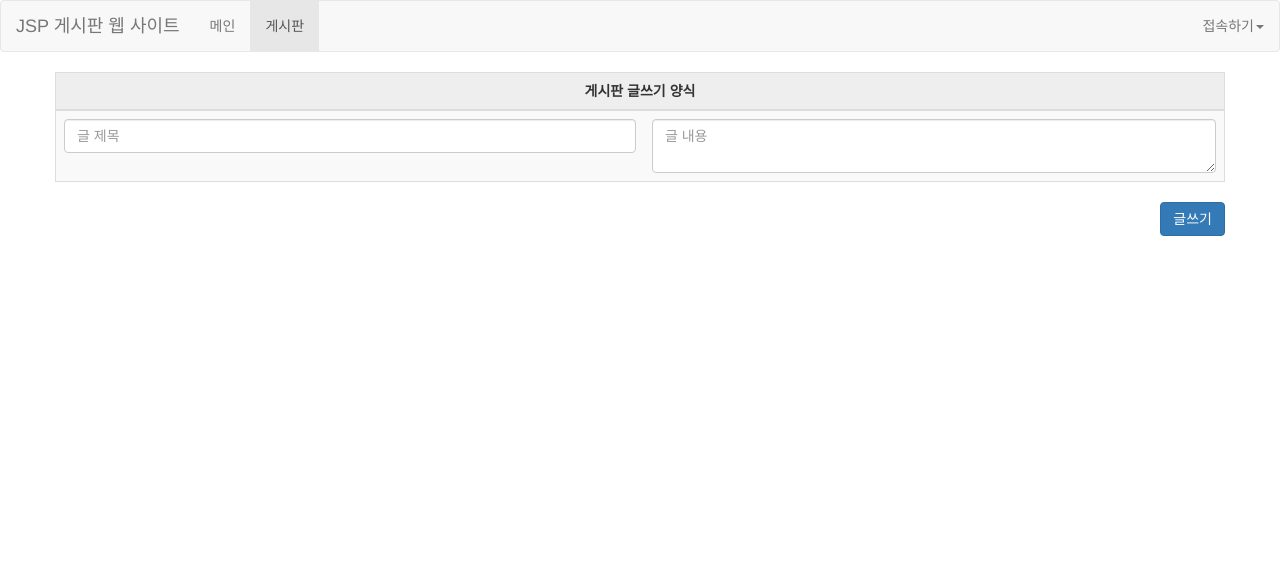
Repository: jsj961/bulletin-board-system
Page: http://localhost/BBS/write.jsp
The author's editor kept a copy of each file at every save. The page is drawn from the files as they stood at one save, then again after the next save.
The browser window is 1280 px wide. The pictures show the whole page.
Some web libraries are served in a nearby version. The page is served by Tomcat 9. Other server files are loaded and not shown.

Above is the page before, as saved 2021-07-01 05:09:57.

### BBS/src/main/webapp/write.jsp
<%@ page language="java" contentType="text/html; charset=UTF-8"
    pageEncoding="UTF-8"%>
<%@ page import="java.io.PrintWriter" %>
<!DOCTYPE html>
<html>
<head>
<meta charset="UTF-8">
<meta name="viewport" content="width=device-width", initial-scale="1">
<link rel="stylesheet" href="css/bootstrap.css">
<title>JSP 게시판 웹 사이트</title>
</head>
<body>
	<%
		String userID = null;
		if(session.getAttribute("userID") != null) {
			userID = (String) session.getAttribute("userID");
		}
	%>
	<nav class="navbar navbar-default">
		<div class="navbar-header">
			<button type="button" class="navbar-toggle collasped"
				data-toggle="collapse" data-target="#bs-example-navbar-collaspe-1"
				aria-expanded="false">
				<span class="icon-bar"></span>
				<span class="icon-bar"></span>
				<span class="icon-bar"></span>
			</button>
			<a class="navbar-brand" href="main.jsp">JSP 게시판 웹 사이트</a>
		</div>
		<div class="collapse navbar-collapse" id="bs-example-navbar-collapse-1">
			<ul class="nav navbar-nav">
				<li><a href="main.jsp">메인</a></li>
				<li class="active"><a href="bbs.jsp">게시판</a></li>
			</ul>
			<%
				if(userID == null) {
			%>
			<ul class="nav navbar-nav navbar-right">
				<li class="dropdown">
					<a href="#" class="dropdown-toggle"
					 	data-toggle="dropdown" role="button" aria-haspopup="true"
					 	aria-expanded="false">접속하기<span class="caret"></span></a>
				 	<ul class="dropdown-menu">
				 		<li><a href="login.jsp">로그인</a></li>
				 		<li><a href="join.jsp">회원가입</a></li>
				 	</ul>
				</li>
			</ul>
			<%
				} else {
			%>
			<ul class="nav navbar-nav navbar-right">
				<li class="dropdown">
					<a href="#" class="dropdown-toggle"
					 	data-toggle="dropdown" role="button" aria-haspopup="true"
					 	aria-expanded="false">회원관리<span class="caret"></span></a>
				 	<ul class="dropdown-menu">
				 		<li><a href="logoutAction.jsp">로그아웃</a></li>
				 	</ul>
				</li>
			</ul>
			<%
				}
			%>
		</div>
	</nav>
	<div class="container">
		<div class="row">
			<table class="table table-striped" style="text-align: center; border: 1px solid #dddddd">
				<thead>
					<tr>
						<th colspan="2" style="background-color: #eeeeee; text-align: center;">게시판 글쓰기 양식</th>
					</tr>
				</thead>
				<tbody>
					<tr>
						<td><input type="text" class="form-control" placeholder="글 제목" name="bbsTitle" maxlength="50"></td>
						<td><textarea type="text" class="form-control" placeholder="글 내용" name="bbsContent" maxlength="2048"></textarea></td>
					</tr>
				</tbody>
			</table>
			<a href="write.jsp" class="btn btn-primary pull-right">글쓰기</a>
		</div>
	</div>
	<script src="https://ajax.googleapis.com/ajax/libs/jquery/3.2.1/jquery.min.js"></script>
	<script src="js/bootstrap.js"></script>

</body>
</html>

Loaded but not shown: BBS/src/main/webapp/css/bootstrap.css (library); BBS/src/main/webapp/js/bootstrap.js (library)

After the next save:
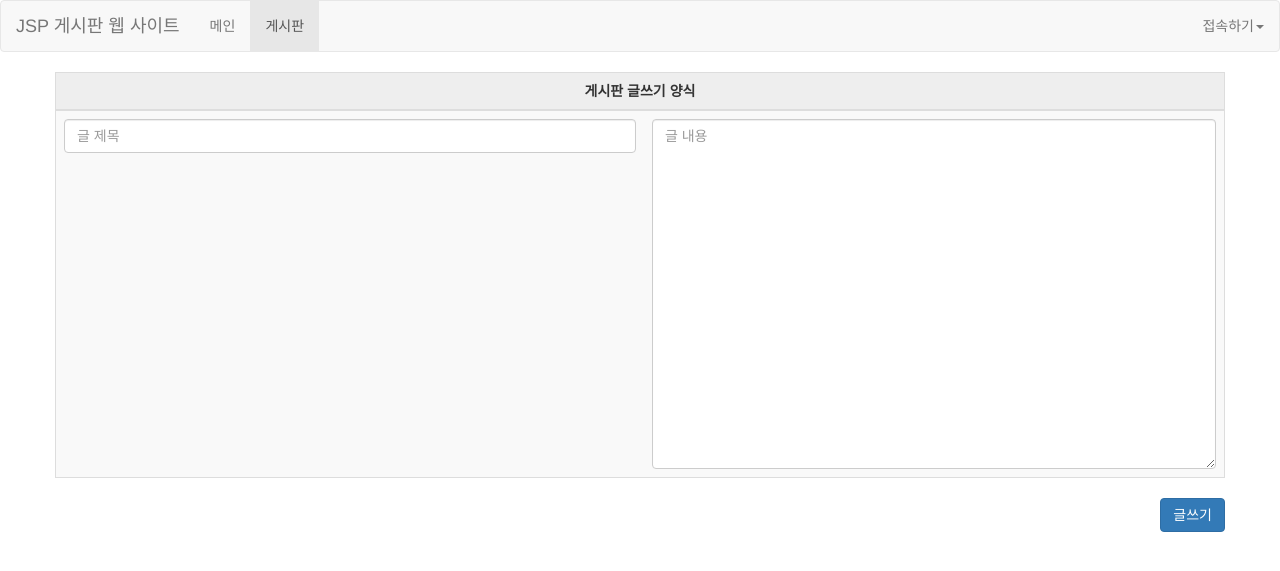
Saved 23 s later.
--- a/BBS/src/main/webapp/write.jsp
+++ b/BBS/src/main/webapp/write.jsp
@@ -75,7 +75,7 @@
 				<tbody>
 					<tr>
 						<td><input type="text" class="form-control" placeholder="글 제목" name="bbsTitle" maxlength="50"></td>
-						<td><textarea type="text" class="form-control" placeholder="글 내용" name="bbsContent" maxlength="2048"></textarea></td>
+						<td><textarea type="text" class="form-control" placeholder="글 내용" name="bbsContent" maxlength="2048" style="height: 350px;"></textarea></td>
 					</tr>
 				</tbody>
 			</table>
